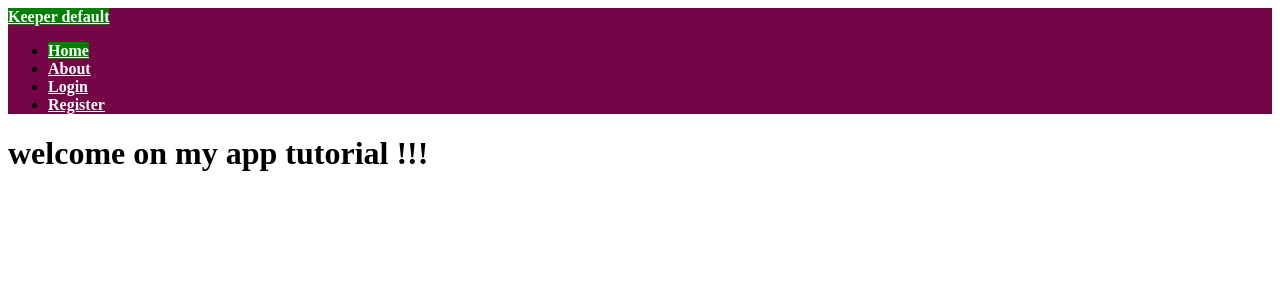
Repository: 3bdulrahman/contact-keeper
Page: / (app in client/)
These files come from the project's save history. The page is drawn as it stood at one moment and after a run of saves; the edit follows.
The browser window is 1280 px wide. The pictures show the whole page.
The project was rebuilt for these pictures with package versions that can differ from the ones it lists, and the page was loaded fresh each time.

Above is the page before, as saved 2020-03-29 21:19:48.

After the next 2 saves:
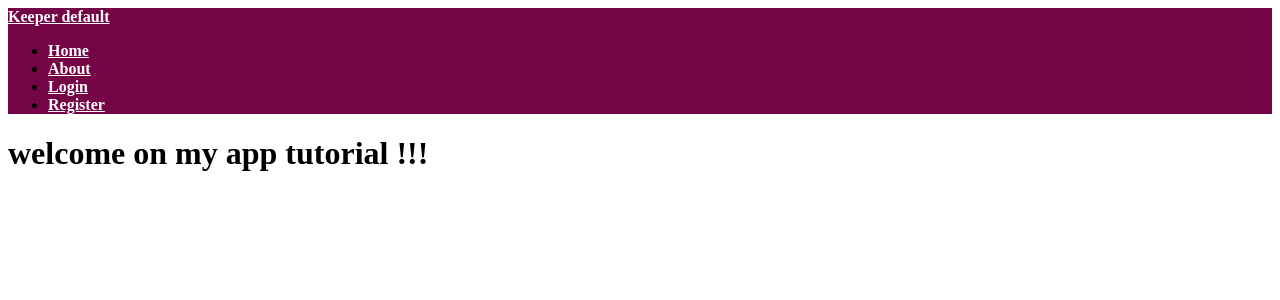
The 2 saves are shown as one change because they came seconds apart.
The last was saved 21 s later.
--- a/client/src/App.css
+++ b/client/src/App.css
@@ -18,13 +18,13 @@
 }
 
 .navbar-default .navbar-brand{
-    background-color: green;
+    background-color:rgb(116, 4, 69);;
     color:#fff;
     font-weight: bold;
 }
 
 .navbar-default .navbar-nav>.active>a{
-    background-color: green;
+    background-color:rgb(116, 4, 69);;
     color:#fff;
     font-weight: bold;
 }
